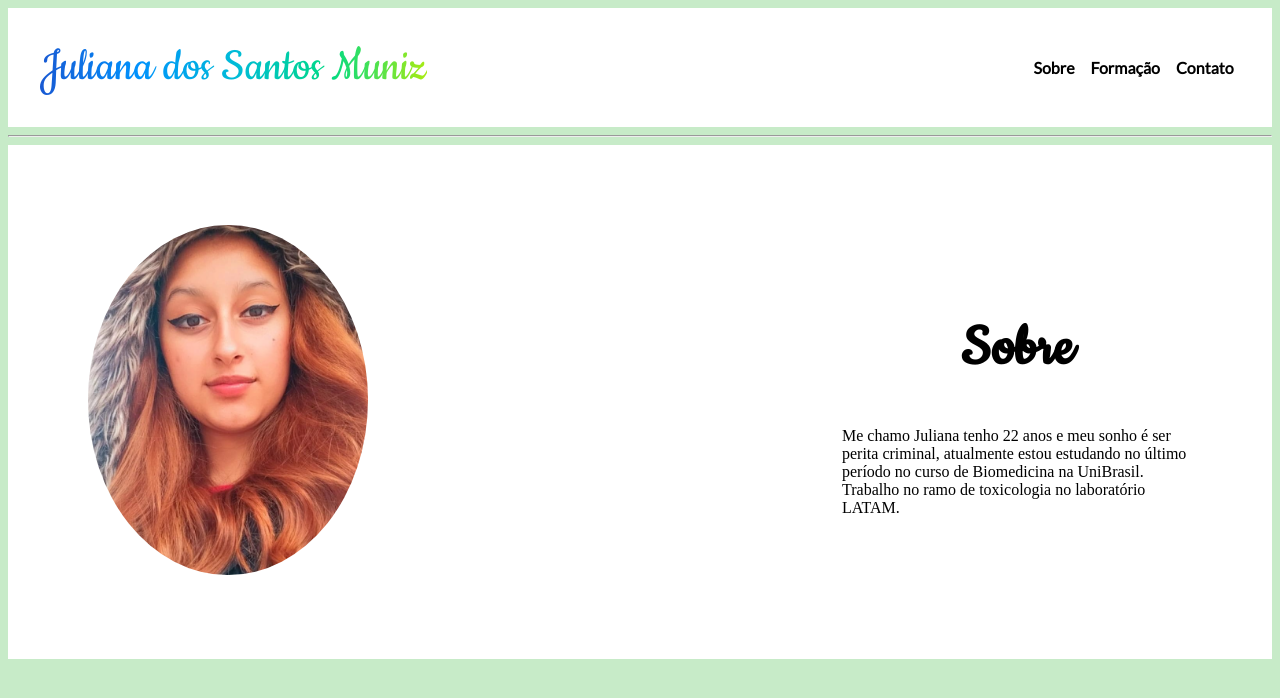
Repository: joaovnogueira/Portfolio-Juliana
Page: index.html
These files come from the project's save history. The page is drawn as it stood at one moment and after the next save; the edit follows.
The browser window is 1280 px wide. The pictures show the whole page.

Above is the page before, as saved 2022-06-14 16:14:16.

After the next save:
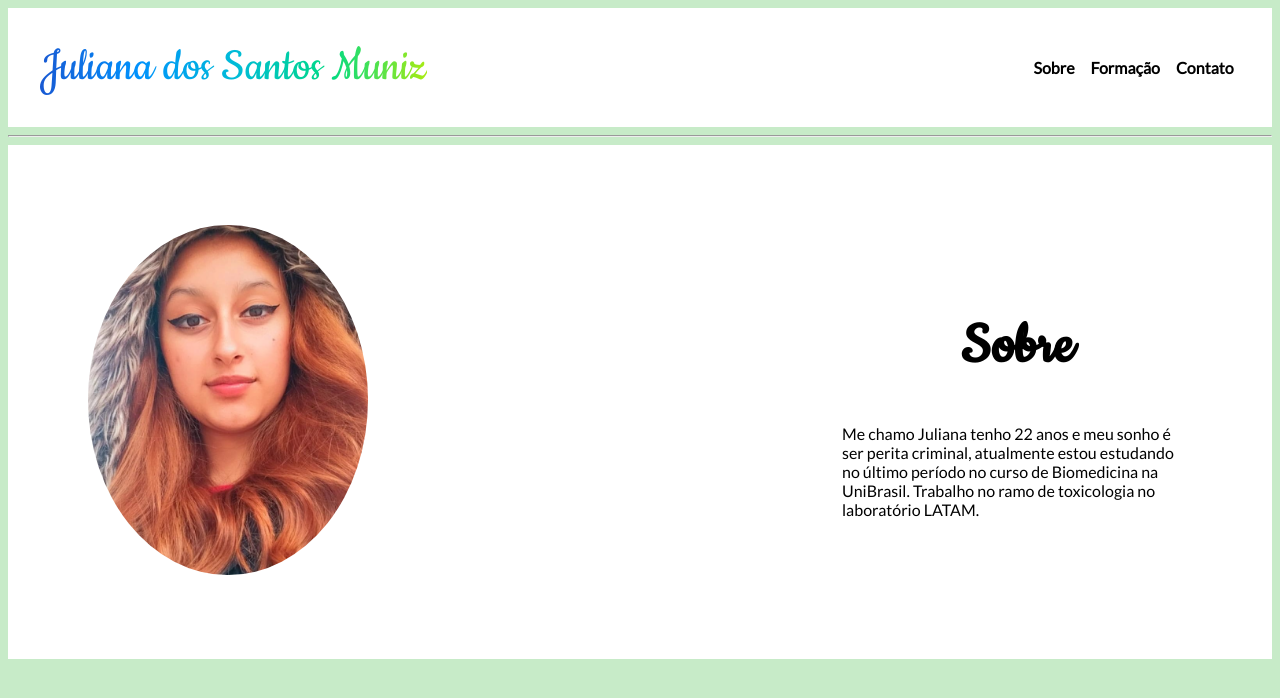
Saved 20 s later.
--- a/styles.css
+++ b/styles.css
@@ -73,6 +73,7 @@
 }
 
 p{
+    font-family: 'Lato', sans-serif;
     text-align: left;
 }
 

After the 2 saves that followed:
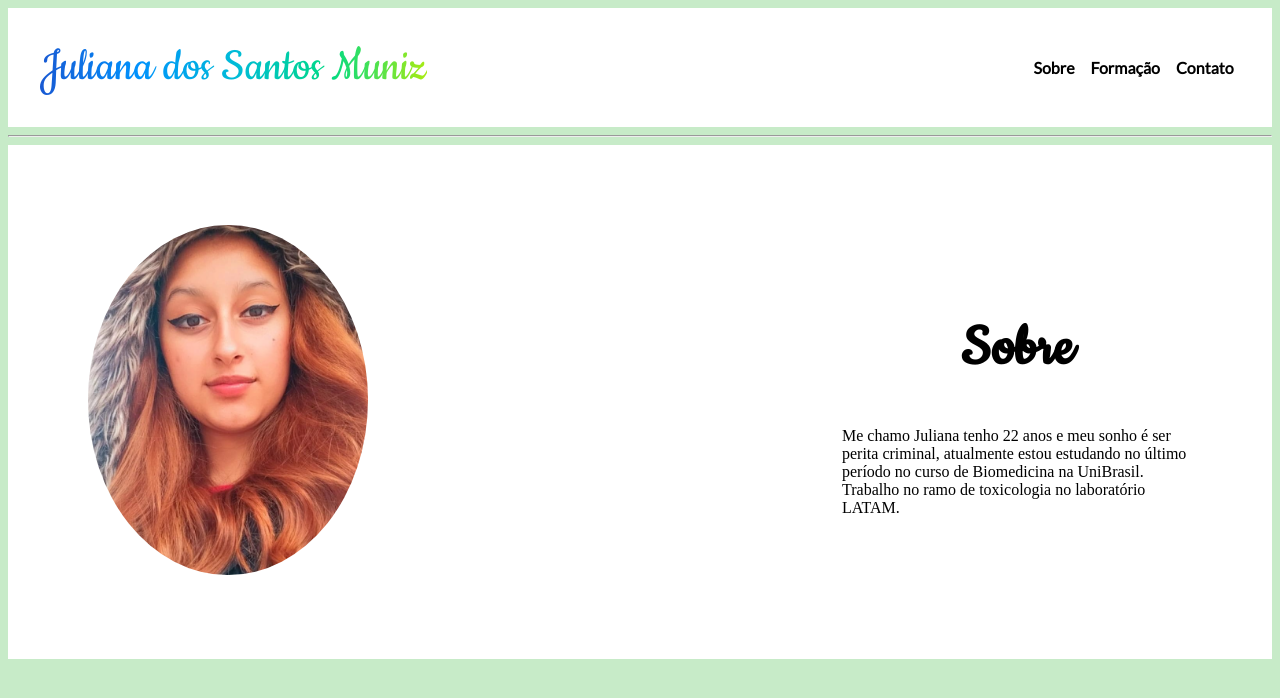
The 2 saves are shown as one change because they came seconds apart.
The last was saved 14 s later.
--- a/styles.css
+++ b/styles.css
@@ -73,6 +73,7 @@
 }
 
 p{
+    margin-
     font-family: 'Lato', sans-serif;
     text-align: left;
 }
